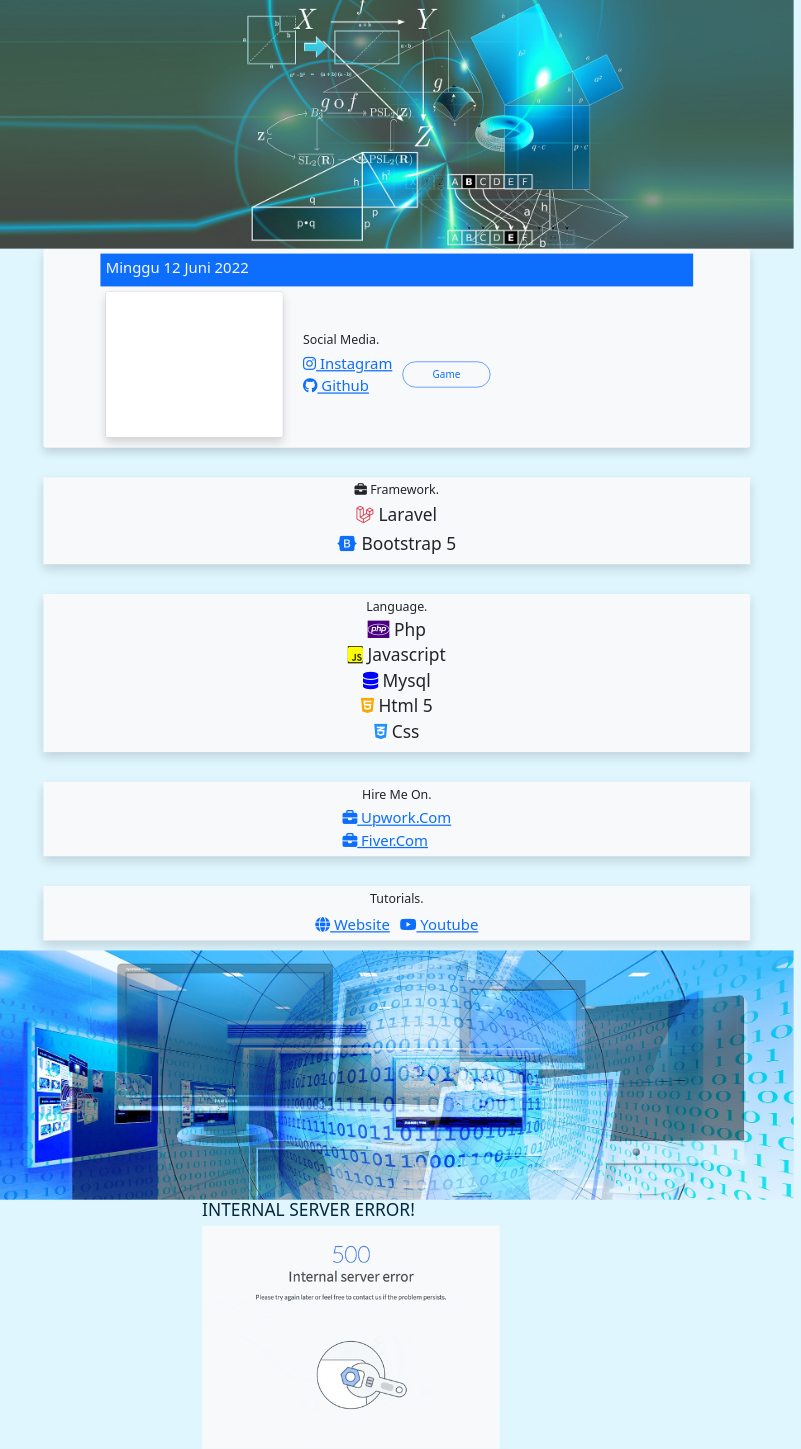
Repository: initer3737/initer3737.github.io
Page: index.html
The author's editor kept a copy of each file at every save. The page is drawn from the files as they stood at one save, then again after the next save.
The browser window is 1280 px wide. The page is 1292 px wide, so the pictures cover 1292 px, including what lies to the right of the window. The pictures show the whole page, at 62% of full size.
Pictures or frames that could not be fetched are drawn as grey boxes. Some web libraries are served in a nearby version.

Above is the page before, as saved 2022-06-12 08:13:31.
Console error: TypeError: Cannot set properties of null (setting 'innerHTML')

### index.html
<!DOCTYPE html>
<html lang="en">
<head>
    <meta charset="UTF-8">
    <meta http-equiv="X-UA-Compatible" content="IE=edge">
    <meta name="viewport" content="width=device-width, initial-scale=1.0">
    <title>puthut wahyu aji</title>
    <link href="https://cdn.jsdelivr.net/npm/bootstrap@5.0.2/dist/css/bootstrap.min.css" rel="stylesheet" integrity="sha384-EVSTQN3/azprG1Anm3QDgpJLIm9Nao0Yz1ztcQTwFspd3yD65VohhpuuCOmLASjC" crossorigin="anonymous">
    <script src="https://kit.fontawesome.com/7bb1ae10af.js" crossorigin="anonymous"></script>

    <link rel="stylesheet" href="css/style.css">
</head>
<body class="bg-1">
    <header class=" bg-1">
       <div class="row">
         <img src="img/banner-982162_1920.jpg" alt="" class="img-fluid" srcset="">
       </div>
    </header>
    <div class="container bg-light shadow rounded  d-flex flex-column gap-4 justify-content-center align-content-center align-items-center p-2">
        <div class="row d-flex align-content-center align-items-center">
            <div class="col-12">
               <div class="bg-primary text-capitalize d-flex justify-content-between">
                <p id="fulldate" class="h4 text-light p-2"></p>
                <p id="jam" class="h4 text-light p-2"></p>
               </div>
            </div>
            <div class="col-10 col-md-5 col-lg-4">
               <div class="card shadow m-2 p-1 position-relative">
                <video src="img/Earth - 4788.mp4" loop muted autoplay class="w-100 rounded-pill py-5 px-2"></video>
                <div class="filter2"></div>
               </div>
            </div>
            <div class="col-10 col-md-9 col-lg-8">
               <h5 class="text-capitalize">social media.</h5>
               <div class="d-flex flex-row align-content-center align-items-center gap-3">
                <div class="d-flex flex-column fs-4">
                    <a href="https://www.instagram.com/puthutwahyuaji/" target="_blank" class="text-capitalize"><i class="fa-brands fa-instagram"></i> instagram</a>
                    <!-- <a href="https://www.facebook.com/puthut.wahyuaji.94/" target="_blank" class="text-capitalize"><i class="fa-brands fa-facebook"></i> facebook</a>
                    <a href="https://twitter.com/puthut_wahkyu" target="_blank" class="text-capitalize"><i class="fa-brands fa-twitter"></i> twitter</a> -->
                    <!-- <a href="https://www.sololearn.com/profile/22926925" target="_blank" class="text-capitalize"><i class="fa-solid fa-globe"></i> sololearn</a> -->
                    <!-- <a href="https://www.duolingo.com/profile/PUTHUTWAHY" target="_blank" class="text-capitalize"><i class="fa-solid fa-globe"></i> duolingo</a> -->
                    <a href="https://github.com/initer3737" target="_blank" class="text-capitalize"><i class="fa-brands fa-github"></i> github</a>
                </div>
                <div class=""><a href="game.html" class="btn btn-outline-primary rounded-pill px-5 py-2">Game</a></div>
            </div>
            </div>
        </div>
    </div>
    <!-- https://www.fiverr.com/share/lYqN8j -->
    <div class="container bg-light shadow mt-5 d-flex flex-column gap-1 justify-content-center align-content-center align-items-center p-2">
        <h5><i class="fa-solid fa-briefcase"></i> framework.</h5>
            <h3><i class="fa-brands fa-laravel text-danger"></i> laravel</h3>
            <h3><i class="fa-brands fa-bootstrap text-primary"></i> bootstrap 5</h3>
        </div>
    </div>

    <div class="container bg-light shadow mt-5 d-flex flex-column  justify-content-center align-content-center align-items-center p-2">
        <h5>language.</h5>
            <h3><i class="fa-brands fa-php php"></i> php</h3>
            <h3><i class="fa-brands fa-js-square javascript"></i> javascript</h3>
            <h3><i class="fa-solid fa-database mysql"></i> mysql</h3>
            <h3><i class="fa-brands fa-html5 html"></i> html 5</h3>
            <h3><i class="fa-brands fa-css3-alt css"></i> css</h3>
        </div>

        <div class="container bg-light shadow mt-5 d-flex flex-column  justify-content-center align-content-center align-items-center p-2">
            <h5 class="capitalize">Hire me on.</h5>
            <div class="d-flex flex-column fs-4">
                <a href="https://www.upwork.com/workwith/puthutwahyuaji" target="_blank"><i class="fa-solid fa-briefcase"></i> upwork.com</a>
                <a href="https://www.fiverr.com/share/lYqN8j" target="_blank"><i class="fa-solid fa-briefcase"></i> fiver.com</a>
            </div>
            </div>

    </div>

    <div class="container bg-light shadow mt-5 d-flex flex-column gap-1 justify-content-center align-content-center align-items-center p-2">
        <h5>tutorials.</h5>
        <div class="fs-4 d-flex gap-3">
            <a href="https://initer3737.github.io/course/html/pages/course.html" target="_blank"><i class="fa-solid fa-globe"></i> website</a>
            <a href="https://www.youtube.com/channel/UClsfa0LkA3_YMsFjW1M__sw" target="_blank"><i class="fa-brands fa-youtube"></i> youtube</a>
        </div>
    </div>

    <footer class="mt-3 text-light">
       <div class="row">
        <div class="col-12">
            <img src="img/banner-909710_1920.jpg" class="img-fluid" alt="">
           </div>
           <div class="col-6 container">
            <h3 class="color-4">INTERNAL SERVER ERROR!</h3>
            <img src="img/giphy.gif" alt="">
           </div>
       </div>
    </footer>
    <script src="https://cdn.jsdelivr.net/npm/bootstrap@5.0.2/dist/js/bootstrap.bundle.min.js" integrity="sha384-MrcW6ZMFYlzcLA8Nl+NtUVF0sA7MsXsP1UyJoMp4YLEuNSfAP+JcXn/tWtIaxVXM" crossorigin="anonymous"></script>
</body>
</html>

<script>
    function Years() {
        $date=new Date();
        let t=document.getElementById('year');
        t.innerHTML=`${$date.getFullYear()} - ${$date.getFullYear()+5}`;
    }
    function Jam(){
        let T=document.getElementById('jam');
        let time=new Date();let hour;let minuets;let second;let statusTime;
        hour=validateTime(time.getHours());minuets=validateTime(time.getMinutes());second=validateTime(time.getSeconds());statusTime=()=>{
            if(hour > 00 &&hour < 11 ){
                status="pagi";
            }else if(hour >11 && hour < 15){
                status="siang";
            }else if(hour > 15 && hour < 18 ){
                status="sore";
            }else{
                status="malam";
            }

            return status;
        };
        T.innerHTML=`${hour}:${minuets}:${second} : ${statusTime()}`;
        setTimeout('Jam()',1000);
    }
    function Tanggal(){
        let t=document.getElementById("fulldate");
        let time=new Date();
        let hari;let bulan;let tanggal;let tahun;let hariAngka=time.getDate();
        tahun=time.getFullYear();bulan=time.getMonth();hari=time.getDay();
        let data={
            hari:["minggu","senin","selasa","rabu","kamis","jum'at","sabtu"],
            bulan:["januari","february","maret","april","mei","juni","juli","agustus","september","oktober","november","desember"]
        };
         t.innerHTML=`${data.hari[hari]}  ${hariAngka}  ${data.bulan[bulan]}  ${tahun}`;
    }
    const validateTime=(T)=>T<10 ?'0'+T:T;

    const initialize=()=>{
                Tanggal();
                Years();
                Jam();
            }

            initialize();
</script>

### css/style.css
*{
    text-transform: capitalize;
   cursor: url(https://ani.cursors-4u.net/cursors/cur-13/cur1162.ani), url(https://ani.cursors-4u.net/cursors/cur-13/cur1162.png), auto !important;
}
body{
    cursor: url('img/cursor.jpeg'),auto;
    /* background-color: #ddd; */
}
a:hover{
    transition:ease-in-out 0.5s;
    color: blueviolet;
    text-decoration: none;
}
.css{
    color: dodgerblue;
    background-color:white ;
}
.html{
    color: orange;
    background-color: white;
}
.mysql{
    background-color:white ;
    color: blue;
}
.javascript{
    background-color:rgb(51, 51, 9) ;
    color: yellow;
}
.php{
    background-color:indigo ;
    color: white;
}
header{
    /* height: 90vh; */
    display: flex;
    align-items: center;
    align-content: center;
    justify-content: center;
}
.filter{
    background-color: dodgerblue;
    opacity: 0.6;
    height: 100%;
    top: 0;
    width: 100%;
    position: absolute;
}
.text-container{
    z-index: 999;
}
.card:hover{
    /* border-color: dodgerblue; */
    background-color: dodgerblue;
    transform: perspective(12px);
    cursor: pointer;
}
.gambar{
    background-image: #000;
}

/*color pallete*/
.color-1{
    color:#DFF6FF;
}
.bg-1{
    background-color:#DFF6FF;
}

.color-2{
    color:#47B5FF;
}
.bg-2{
    background-color:#47B5FF;
}

.color-3{
    color:#1363DF;
}
.bg-3{
    background-color:#1363DF;
}

.color-4{
    color:#06283D;
}
.bg-4{
    background-color:#06283D;
}

After the next save:
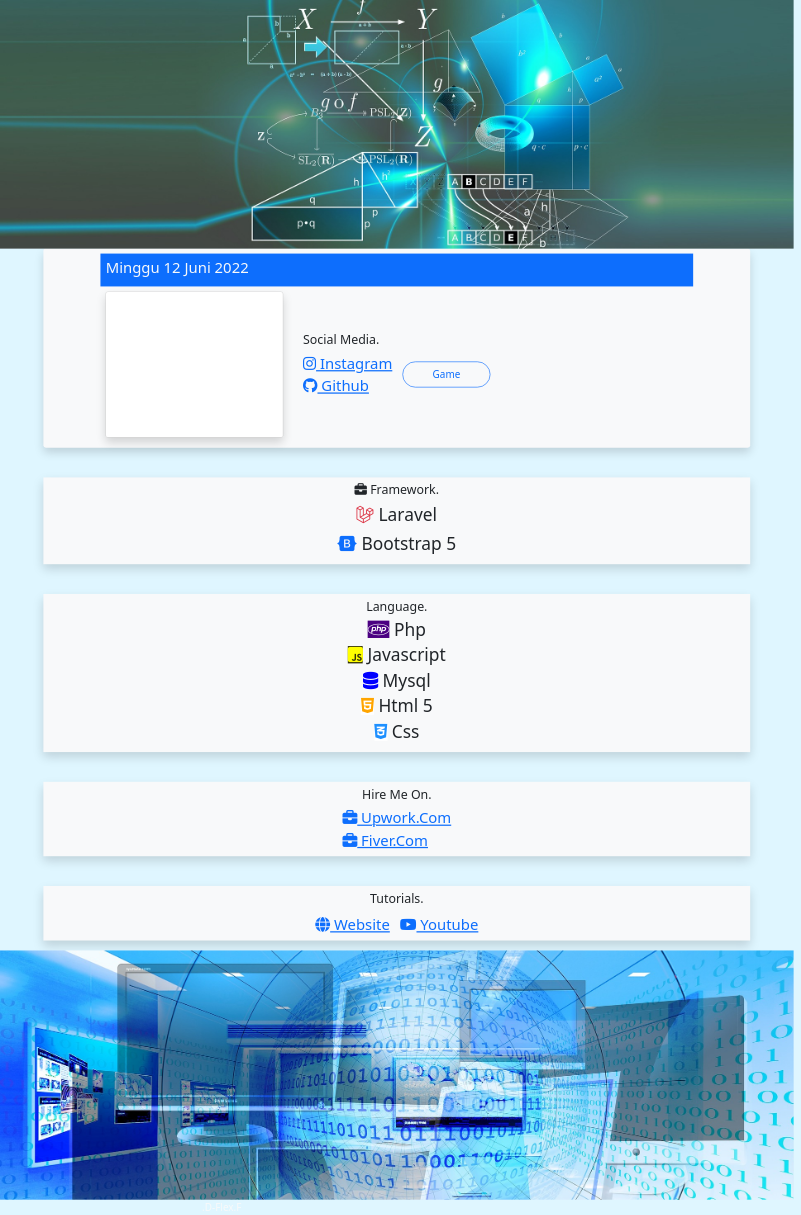
Saved 7 s later.
--- a/index.html
+++ b/index.html
@@ -87,8 +87,7 @@
             <img src="img/banner-909710_1920.jpg" class="img-fluid" alt="">
            </div>
            <div class="col-6 container">
-            <h3 class="color-4">INTERNAL SERVER ERROR!</h3>
-            <img src="img/giphy.gif" alt="">
+            .d-flex.f
            </div>
        </div>
     </footer>
